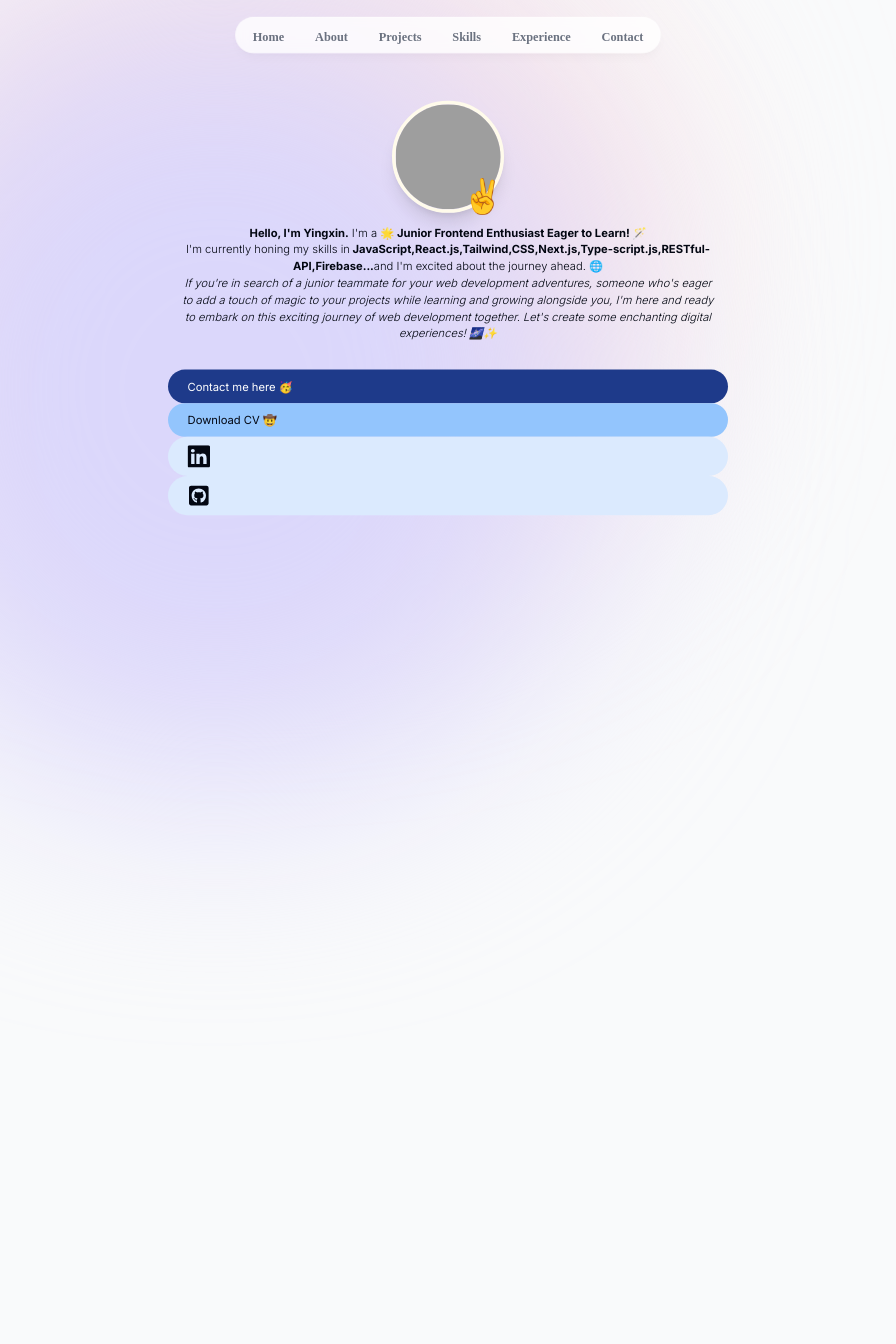
Repository: Tracy-maker/portfolio_website
Page: /
The author's editor kept a copy of each file at every save. The page is drawn from the files as they stood at one save, then again after the next save.
The browser window is 1280 px wide. The pictures show the part of the page from y = 0 to 1920 px (the page is 5000 px tall), at 70% of full size.
Pictures or frames that could not be fetched are drawn as grey boxes. The project was rebuilt for these pictures with package versions that can differ from the ones it lists, and the page was loaded fresh each time. The framework's server and built-in components were replaced by stand-ins that run in the browser. Also part of the build but not shown: next.config.js.

Above is the page before, as saved 2023-10-06 11:30:22.

### app/layout.tsx
import Header from "@/components/header";
import "./globals.css";
import type { Metadata } from "next";
import { Inter } from "next/font/google";

const inter = Inter({ subsets: ["latin"] });

export const metadata: Metadata = {
  title: "Yingxin_Zhang | Portfolio",
  description: "Yingxin_Zhang is a front-end developer",
};

export default function RootLayout({
  children,
}: {
  children: React.ReactNode;
}) {
  return (
    <html lang="en">
      <body
        className={`${inter.className} bg-gray-50 text-gray-950 relative h-[5000px] pt-28 sm:pt-36`}
      >
        <div className="bg-[#fbe2e3] absolute top-[-6rem] -z-10 right-[21rem] h-[56.25rem] w-[31.25rem] rounded-full blur-[10rem] sm:w-[68.75rem]"></div>
        <div className="bg-[#dbd7fb] absolute top-[-1rem] -z-10 left-[-45rem] h-[71.25rem] w-[-30rem] rounded-full blur-[10rem] sm:w-[68.75rem] md:left-[-33rem] lg:left-[-28rem] xl:left-[-15rem] 2xl:left-[-5rem]"></div>
        <Header />
        {children}
      </body>
    </html>
  );
}

### app/page.tsx
import Intro from "@/components/intro";
import Image from "next/image";

export default function Home() {
  return (
    <main className="flex flex-col items-center">
      <Intro />
    </main>
  );
}

### components/header.tsx
"use client";
import { motion } from "framer-motion";
import { links } from "@/lib/data";
import Link from "next/link";


export default function Header() {
  return (
    <header className="z-[999] relative">
      <motion.div
        className="fixed top-0 left-1/2 h-[4.5rem] w-full
        rounded-none border border-white border-opacity-40
        bg-white bg-opacity-80 shadow-lg shadow-black/[0.03]
        backdrop-blur-[0.5rem] sm:top-6 sm:h-[3.25rem] sm:w-[38rem] sm:rounded-full"
        initial={{ y: -100, x: "-50%", opacity: 0 }}
        animate={{ y: 0, x: "-50%", opacity: 1 }}
      ></motion.div>

      <nav className="flex font-custom fixed top-[0.15rem] left-1/2 h-12 -translate-x-1/2 py-2 sm:top-[1.7rem] sm:h-[initial] sm:py-0">
        <ul className="flex w-[22rem] flex-wrap items-center justify-center gap-y-1 text-[1.1rem] font-bold text-gray-500 sm:w-[initial] sm:flex-nowrap sm:gap-5">
          {links.map((link) => (
            <motion.li
              className="h-3/4 flex items-center justify-center relative"
              key={link.hash}
              initial={{ y: -100, opacity: 0 }}
              animate={{ y: 0, opacity: 1 }}
            >
              <Link
                className="flex w-full items-center justify-center px-3 py-3 hover:text-gray-950 transition"
                href={link.hash}
              >
                {link.name}
              </Link>
            </motion.li>
          ))}
        </ul>
      </nav>
    </header>
  );
}

### components/intro.tsx
"use client";

import Image from "next/image";
import React from "react";
import { motion } from "framer-motion";
import Link from "next/link";
import { BsLinkedin } from "react-icons/bs";
import { FaGithubSquare } from "react-icons/fa";

export default function Intro() {
  return (
    <section className="mb-28 max-w-[50rem] text-center sm:mb-0 scroll-mt-[100rem]">
      <div className="flex items-center justify-center">
        <div className="relative">
          <motion.div
            initial={{ opacity: 0, scale: 0 }}
            animate={{ opacity: 1, scale: 1 }}
            transition={{
              type: "tween",
              duration: 0.2,
            }}
          >
            <Image
              src="https://i.ibb.co/MRHHtS5/Wechat-IMG7.jpg"
              alt="Personal image"
              width="300"
              height="300"
              quality="90"
              priority={true}
              className="h-40 w-40 rounded-full object-cover border-[0.35rem] border-amber-50 shadow-xl"
            />
          </motion.div>

          <motion.span
            className="absolute bottom-0 right-0 text-5xl"
            initial={{ opacity: 0, scale: 0 }}
            animate={{ opacity: 1, scale: 1 }}
            transition={{
              type: "spring",
              stiffness: 125,
              delay: 0.1,
              duration: 0.7,
            }}
          >
            ✌️
          </motion.span>
        </div>
      </div>
      <motion.h6
        className="mb-10 mt-4 px-4 text-s font-light !leading-[1.5] sm:text-m"
        initial={{ opacity: 0, y: 100 }}
        animate={{ opacity: 1, y: 0 }}
      >
        <span className="font-bold">Hello, I'm Yingxin.</span> I'm a{" "}
        <span className="font-bold">
          🌟 Junior Frontend Enthusiast Eager to Learn! 🪄
        </span>
        <br />
        I'm currently honing my skills in
        <span className="font-bold">
          {" "}
          JavaScript,React.js,Tailwind,CSS,Next.js,Type-script.js,RESTful-API,Firebase...
        </span>
        and I'm excited about the journey ahead. 🌐
        <br />
        <span className="italic">
          If you're in search of a junior teammate for your web development
          adventures, someone who's eager to add a touch of magic to your
          projects while learning and growing alongside you, I'm here and ready
          to embark on this exciting journey of web development together. Let's
          create some enchanting digital experiences! 🌌✨
        </span>
      </motion.h6>

      <div>
        <Link
          href="#contact"
          className="bg-blue-900 text-white px-7 py-3 flex items-center gap-2 rounded-full"
        >
          Contact me here 🥳
        </Link>
        <a className="bg-blue-300 px-7 py-3 flex items-center gap-2 rounded-full">
          Download CV 🤠
        </a>
        <a className="bg-blue-100 px-7 py-3 flex items-center gap-2 rounded-full text-[2rem]">
          <BsLinkedin />
        </a>
        <a className="bg-blue-100 px-7 py-3 flex items-center gap-2 rounded-full text-[2rem]">
          <FaGithubSquare />
        </a>
      </div>
    </section>
  );
}

### lib/data.ts
import React from "react";
import { CgWorkAlt } from "react-icons/cg";
import { FaReact } from "react-icons/fa";
import { LuGraduationCap } from "react-icons/lu";
import p1Img from "@/public/p1.png";
import p2Img from "@/public/p2.png";
import p3Img from "@/public/p3.png";

export const links = [
  {
    name: "Home",
    hash: "#home",
  },
  {
    name: "About",
    hash: "#about",
  },
  {
    name: "Projects",
    hash: "#projects",
  },
  {
    name: "Skills",
    hash: "#skills",
  },
  {
    name: "Experience",
    hash: "#experience",
  },
  {
    name: "Contact",
    hash: "#contact",
  },
] as const;

export const experiencesData = [
  {
    title: "Graduated bootcamp",
    location: "Miami, FL",
    description:
      "I graduated after 6 months of studying. I immediately found a job as a front-end developer.",
    icon: React.createElement(LuGraduationCap),
    date: "2019",
  },
  {
    title: "Front-End Developer",
    location: "Orlando, FL",
    description:
      "I worked as a front-end developer for 2 years in 1 job and 1 year in another job. I also upskilled to the full stack.",
    icon: React.createElement(CgWorkAlt),
    date: "2019 - 2021",
  },
  {
    title: "Full-Stack Developer",
    location: "Houston, TX",
    description:
      "I'm now a full-stack developer working as a freelancer. My stack includes React, Next.js, TypeScript, Tailwind, Prisma and MongoDB. I'm open to full-time opportunities.",
    icon: React.createElement(FaReact),
    date: "2021 - present",
  },
] as const;

export const projectsData = [
  {
    title: "CorpComment",
    description:
      "I worked as a full-stack developer on this startup project for 2 years. Users can give public feedback to companies.",
    tags: ["React", "Next.js", "MongoDB", "Tailwind", "Prisma"],
    imageUrl: p1Img,
  },
  {
    title: "rmtDev",
    description:
      "Job board for remote developer jobs. I was the front-end developer. It has features like filtering, sorting and pagination.",
    tags: ["React", "TypeScript", "Next.js", "Tailwind", "Redux"],
    imageUrl: p2Img,
  },
  {
    title: "Word Analytics",
    description:
      "A public web app for quick analytics on text. It shows word count, character count and social media post limits.",
    tags: ["React", "Next.js", "SQL", "Tailwind", "Framer"],
    imageUrl: p3Img,
  },
] as const;

export const skillsData = [
  "HTML",
  "CSS",
  "JavaScript",
  "TypeScript",
  "React",
  "Next.js",
  "Git",
  "MUI-material",
  "Tailwind",
  "REST-API",
  "PostgreSQL",
  "Framer Motion",
] as const;

### tailwind.config.ts
import type { Config } from 'tailwindcss'

const config: Config = {
  content: [
    './pages/**/*.{js,ts,jsx,tsx,mdx}',
    './components/**/*.{js,ts,jsx,tsx,mdx}',
    './app/**/*.{js,ts,jsx,tsx,mdx}',
  ],
  theme: {
    extend: {
      backgroundImage: {
        'gradient-radial': 'radial-gradient(var(--tw-gradient-stops))',
        'gradient-conic':
          'conic-gradient(from 180deg at 50% 50%, var(--tw-gradient-stops))',
      },
      fontFamily: {
        custom: ["Gabarito", "cursive"],
      },
    },
  },
  plugins: [],
}
export default config

Loaded but not shown: app/globals.css (common file)

After the next save:
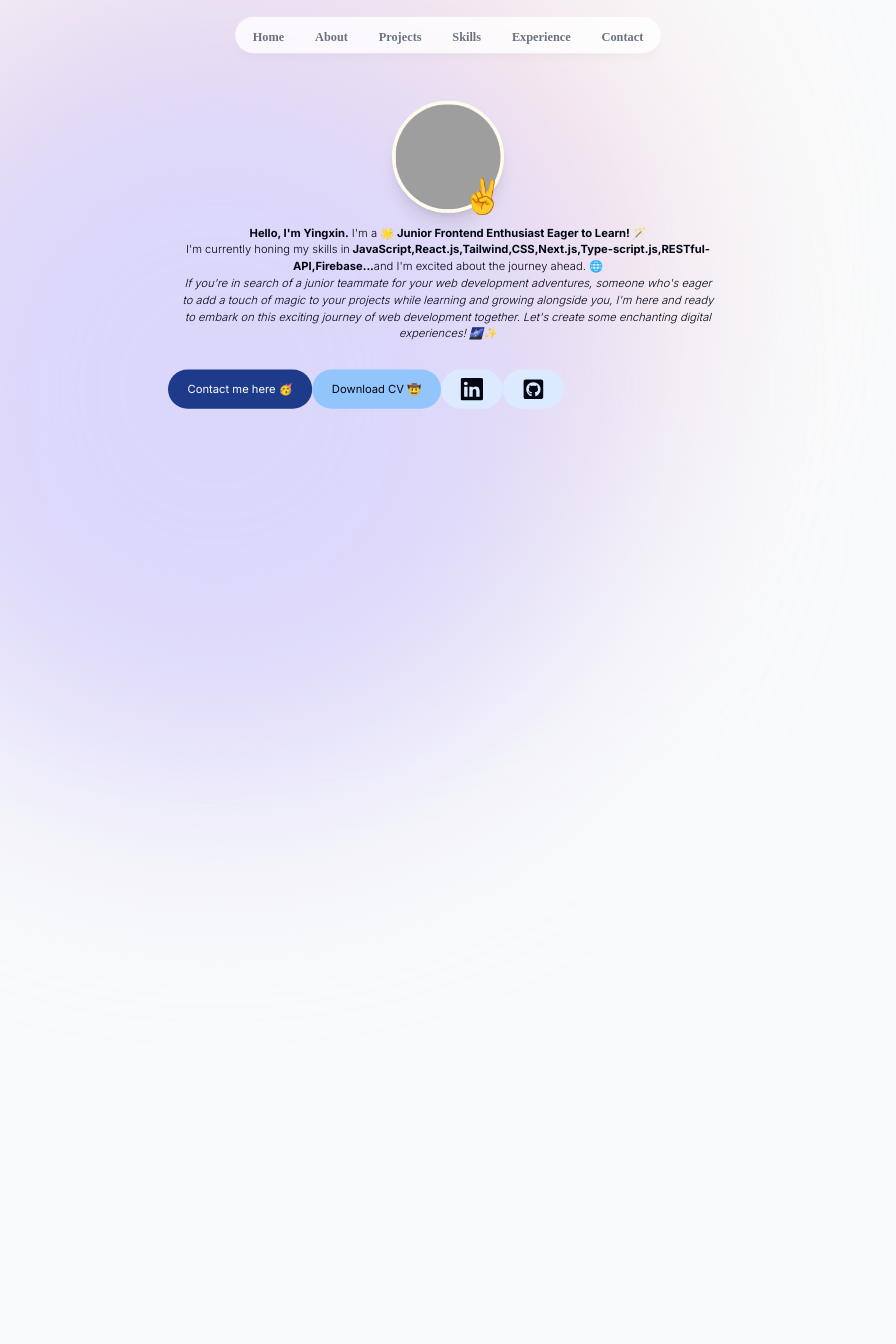
Saved 41 s later.
--- a/components/intro.tsx
+++ b/components/intro.tsx
@@ -72,7 +72,7 @@ export default function Intro() {
         </span>
       </motion.h6>
 
-      <div>
+      <div className="flex flex-col sm:flex-row">
         <Link
           href="#contact"
           className="bg-blue-900 text-white px-7 py-3 flex items-center gap-2 rounded-full"
